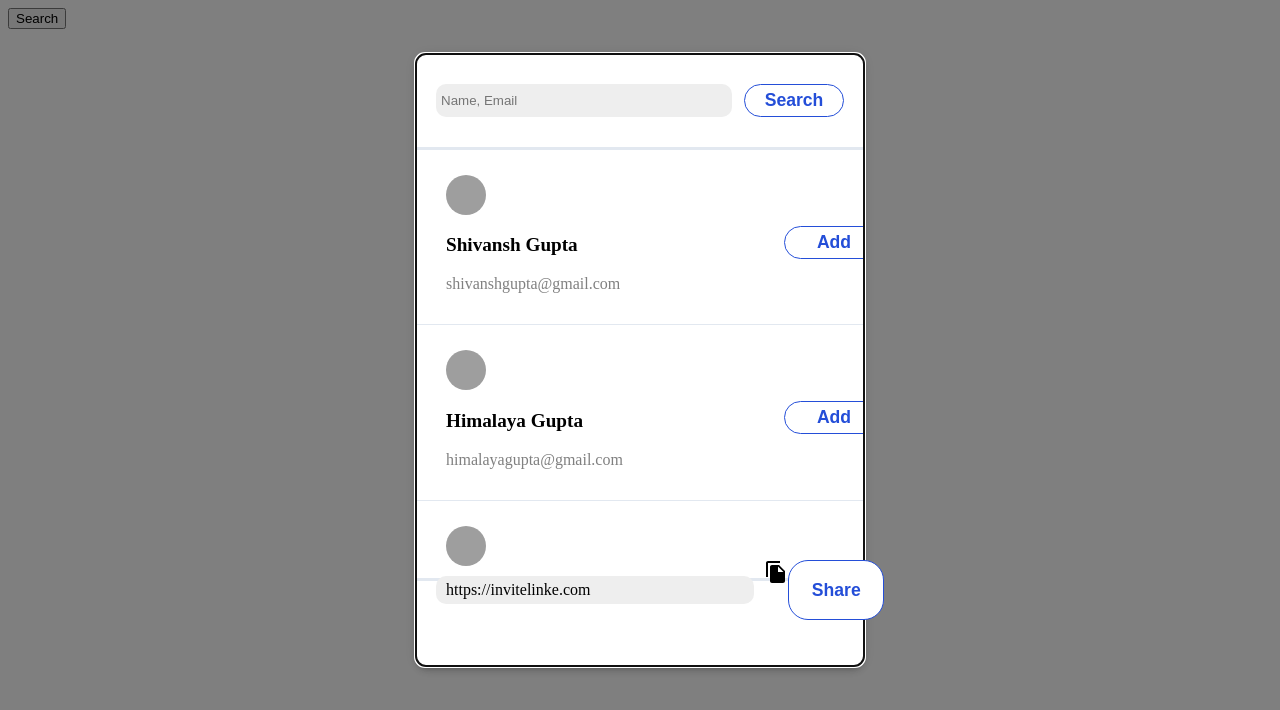
Repository: shiv0403/event-planner
Page: /, after clicking the first element matching `button`
These files come from the project's save history. The page is drawn as it stood at one moment and after the next save; the edit follows.
The browser window is 1280 px wide. The pictures show the whole page.
Pictures or frames that could not be fetched are drawn as grey boxes. An inner scrolling area shows only its first screen. The project was rebuilt for these pictures with package versions that can differ from the ones it lists, and the page was loaded fresh each time.

Above is the page before, as saved 2021-07-27 13:01:51.

After the next save:
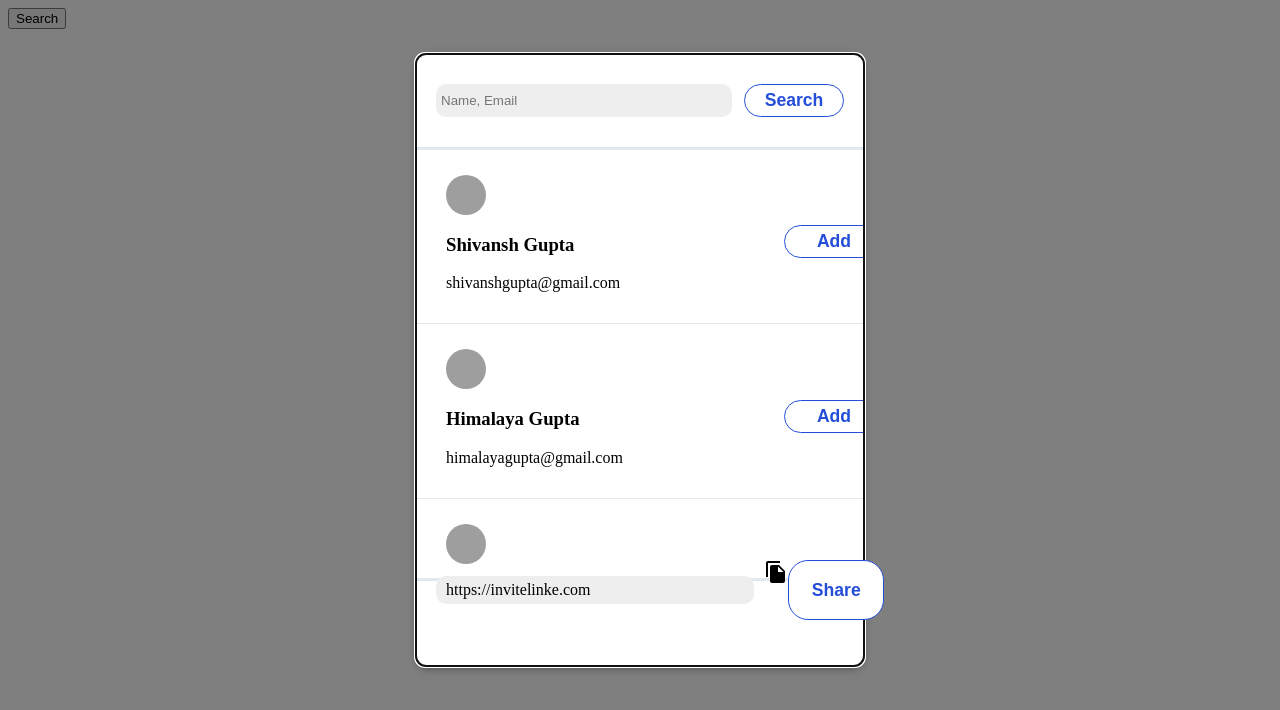
Saved 40 s later.
--- a/src/Components/SearchModal/SearchPerson.js
+++ b/src/Components/SearchModal/SearchPerson.js
@@ -10,9 +10,10 @@ function SearchPerson({ name, email }) {
         <div className="sp__details__avatar">
           <Avatar alt="Remy Sharp" src="/static/images/avatar/1.jpg" />
         </div>
-
-        <h3>{name}</h3>
-        <p>{email}</p>
+        <div className="sp__details__cred">
+          <h3>{name}</h3>
+          <p>{email}</p>
+        </div>
       </div>
 
       <div className="sp__add">
